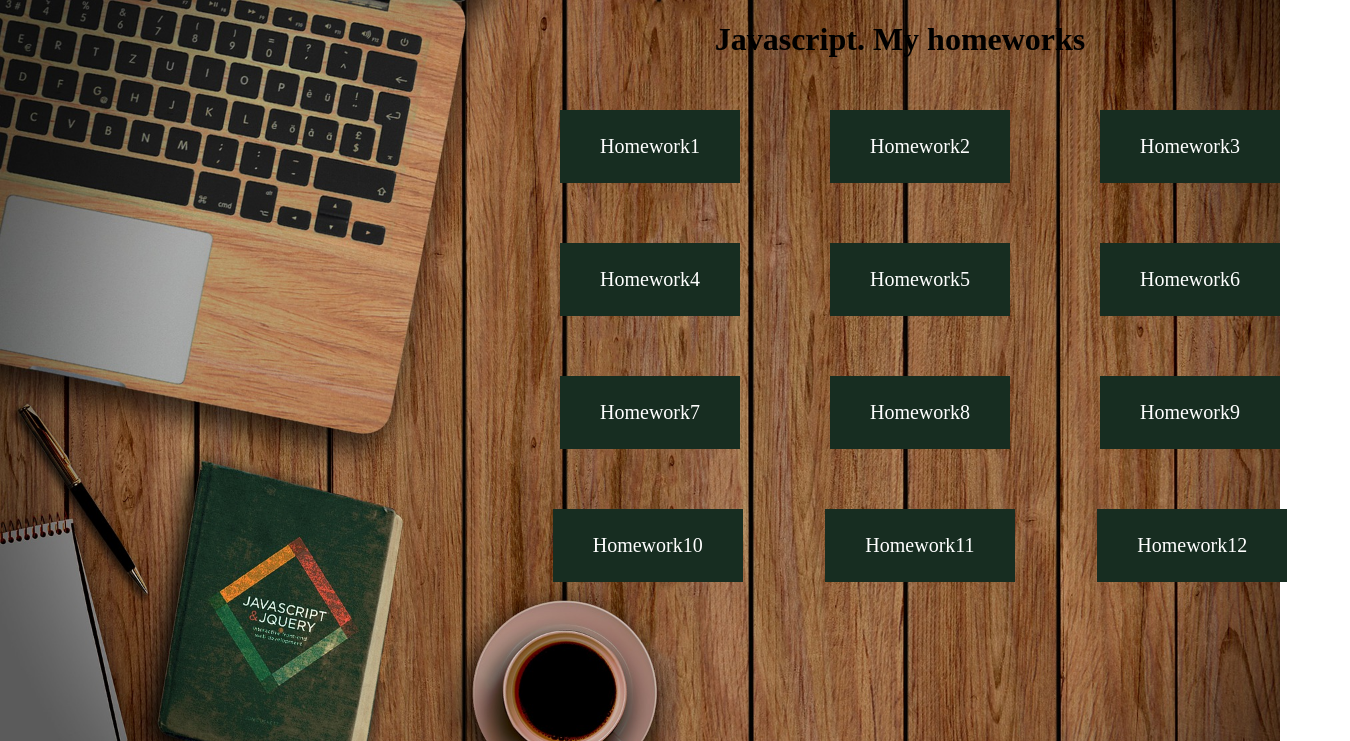
Repository: mariiastetsko/cursor-js-hw
Page: index.html
The author's editor kept a copy of each file at every save. The page is drawn from the files as they stood at one save, then again after the next save.
The browser window is 1280 px wide. The page is 1350 px wide, so the pictures cover 1350 px, including what lies to the right of the window. The pictures show the whole page.

Above is the page before, as saved 2020-07-22 20:13:27.

After the next save:
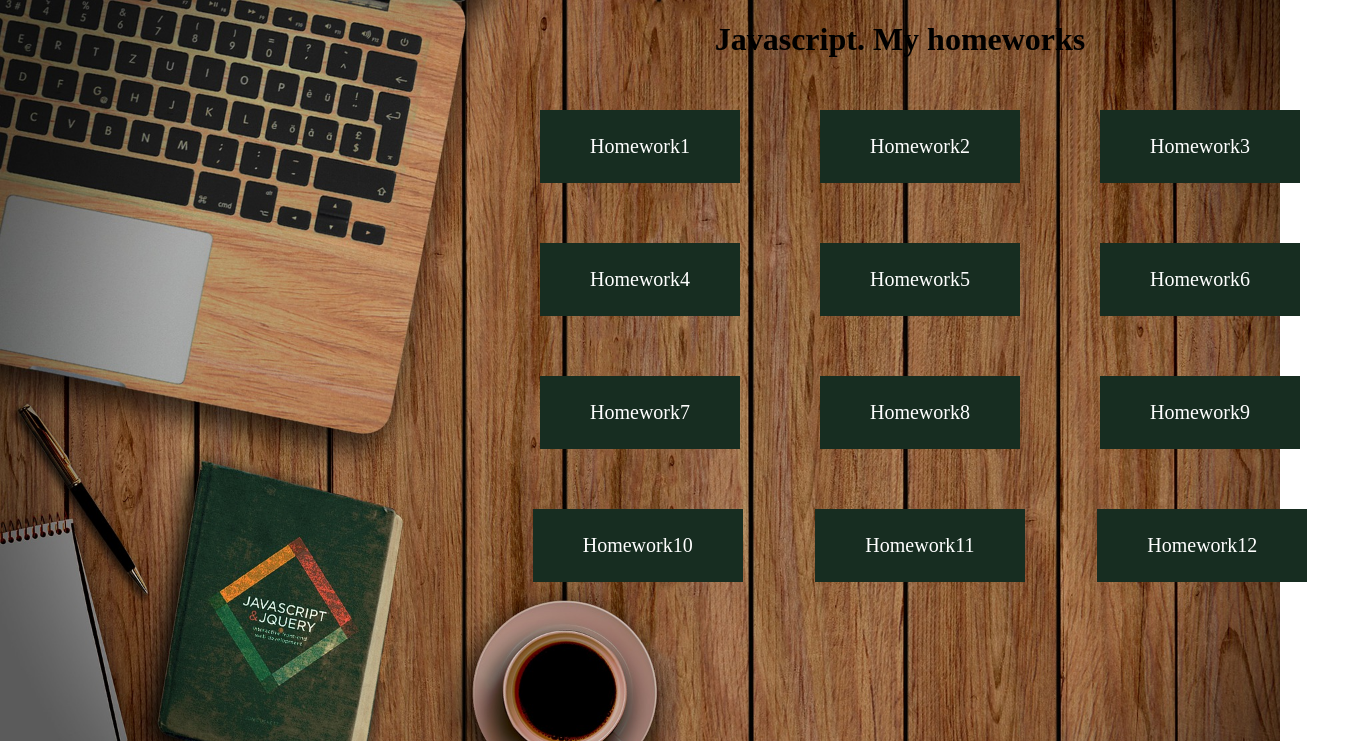
Saved 22 s later.
--- a/style.css
+++ b/style.css
@@ -26,7 +26,7 @@ ul {
 li, a {
     text-decoration: none;
     padding: 25px 10px;
-    margin: 30px 20px;
+    margin: 30px 30px;
     color: #FFF;
     font-size: 20px;
     background: #172D21 ;
